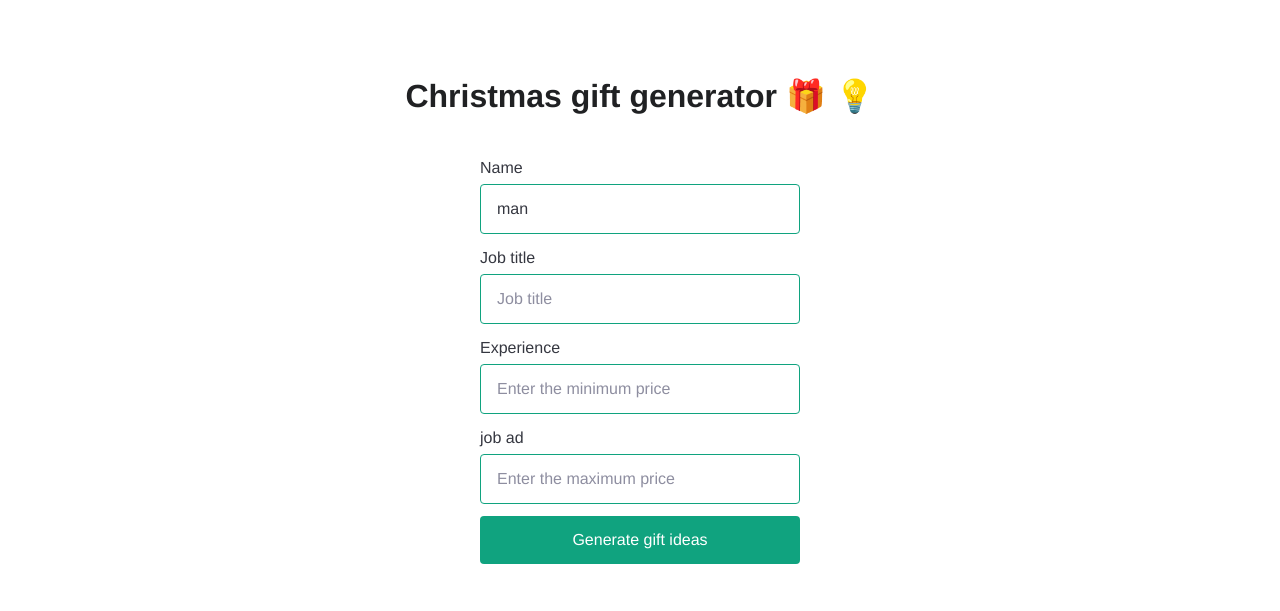
Repository: hamza-mastar/chatgpt-jpbad
Page: /
The author's editor kept a copy of each file at every save. The page is drawn from the files as they stood at one save, then again after the next save.
The browser window is 1280 px wide. The pictures show the whole page.
Some web fonts or font styles are not loaded; a fallback is used. The project was rebuilt for these pictures with package versions that can differ from the ones it lists, and the page was loaded fresh each time. The framework's server and built-in components were replaced by stand-ins that run in the browser.

Above is the page before, as saved 2023-01-30 03:18:03.

After the next save:
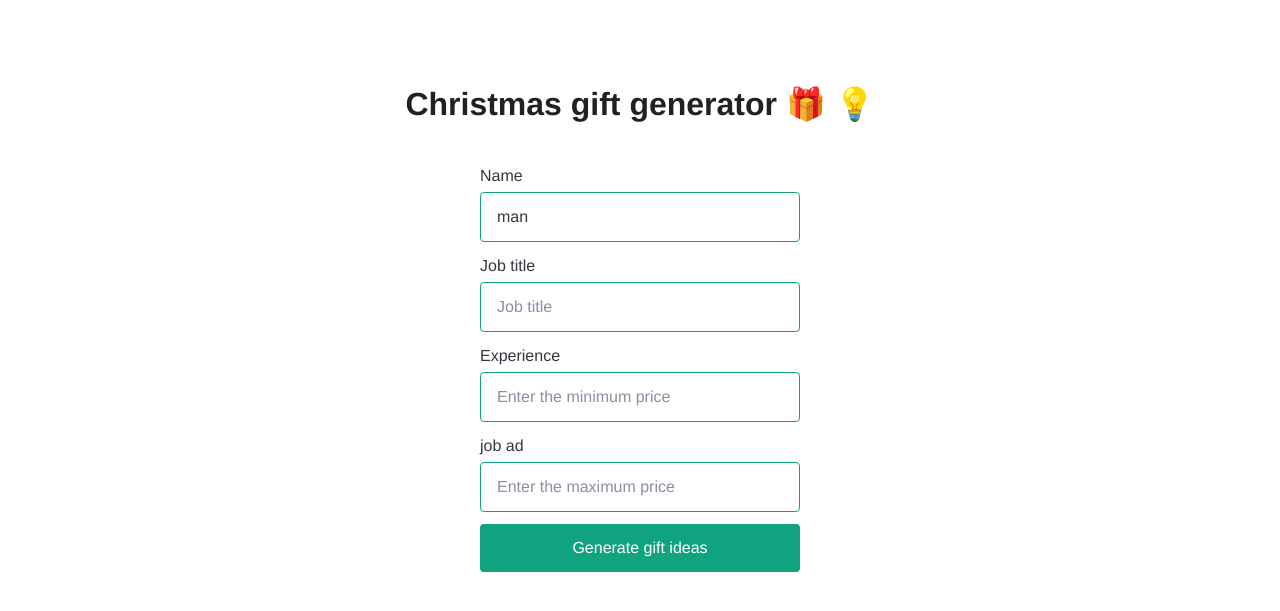
Saved 21 s later.
--- a/pages/_app.js
+++ b/pages/_app.js
@@ -1,6 +1,6 @@
 import 'tailwindcss/tailwind.css'
 
-import '../styles.css'
+
 
 export default function MyApp({ Component, pageProps }) {
   return <Component {...pageProps} />

After the save that followed:
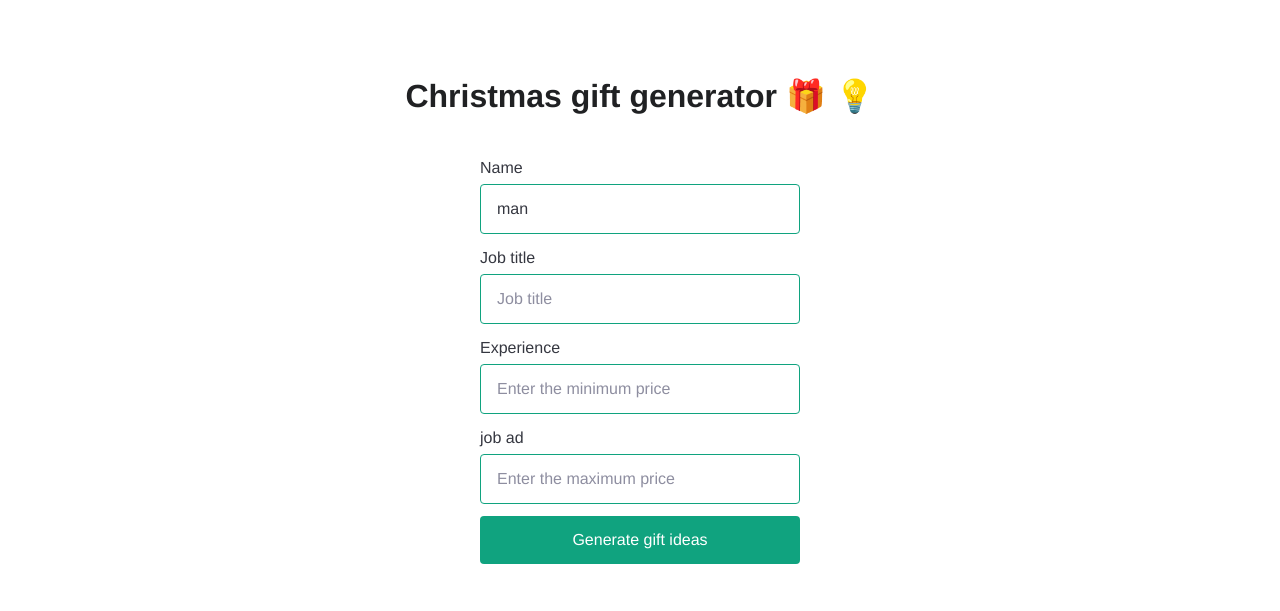
Saved 118 s later.
--- a/pages/_app.js
+++ b/pages/_app.js
@@ -1,6 +1,6 @@
 import 'tailwindcss/tailwind.css'
 
-
+import '../styles/globals.css'
 
 export default function MyApp({ Component, pageProps }) {
   return <Component {...pageProps} />
